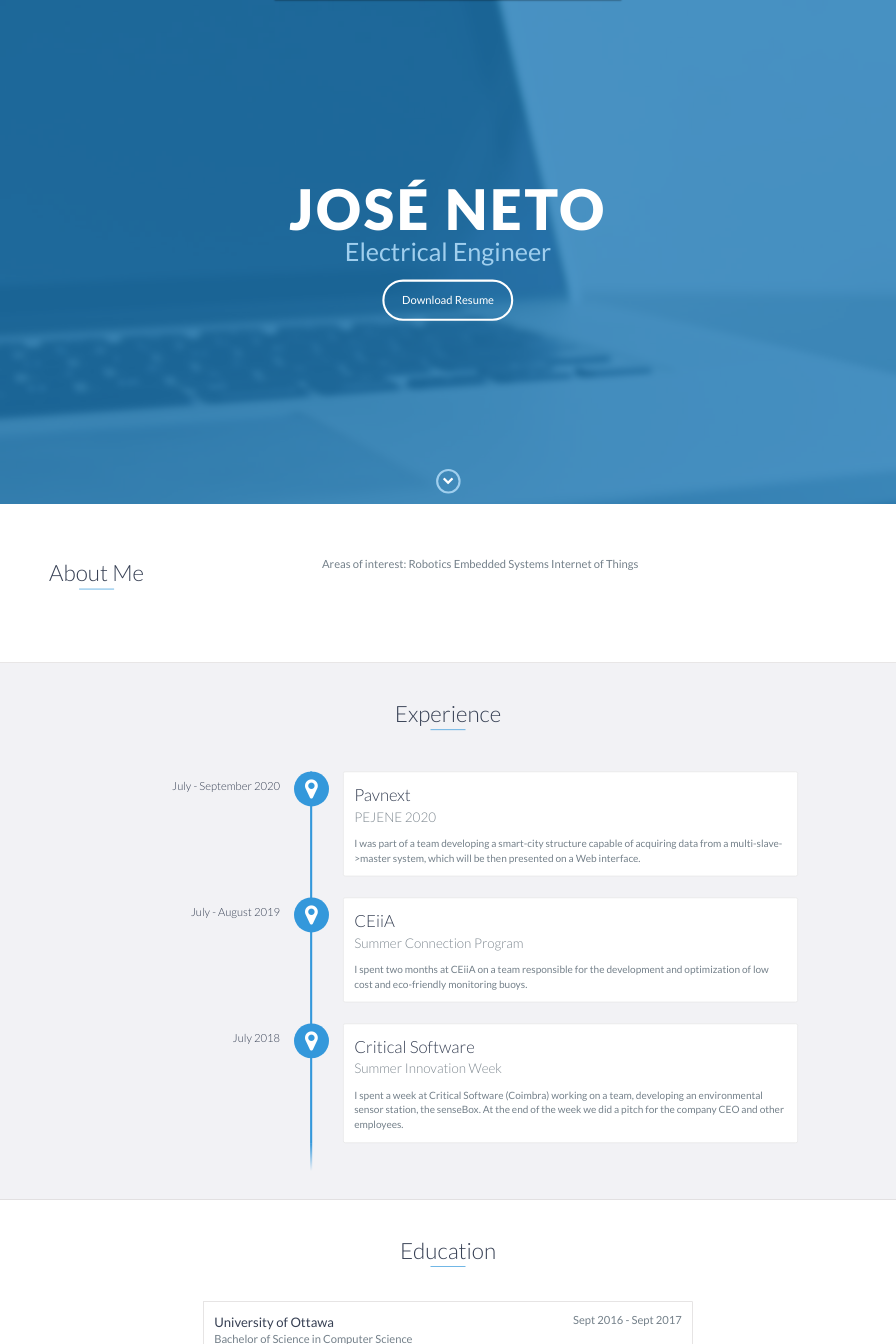
Repository: josegneto/josegneto.github.io
Page: index.html
These files come from the project's save history. The page is drawn as it stood at one moment and after the next save; the edit follows.
The browser window is 1280 px wide. The pictures show the part of the page from y = 0 to 1920 px (the page is 4012 px tall), at 70% of full size.

Above is the page before, as saved 2021-11-30 11:21:19.

### index.html
<!DOCTYPE html>
<html class="no-js" lang="en">

<head>
    <meta charset="utf-8">
    <meta http-equiv="X-UA-Compatible" content="IE=edge">
    <meta name="viewport" content="width=device-width, initial-scale=1">
    <title>My Portfolio</title>
	<link rel="shortcut icon" href="favicon.ico" type="image/x-icon">
	<link rel="icon" href="favicon.ico" type="image/x-icon">
    <link href="https://fonts.googleapis.com/css?family=Lato:300,400,700,900" rel="stylesheet">
    <link rel="stylesheet" href="libs/font-awesome/css/font-awesome.min.css">
    <link href="css/bootstrap.min.css" rel="stylesheet">
    <link href="css/styles.css" rel="stylesheet">
</head>

<body>
    <div id="mobile-menu-open" class="shadow-large">
        <i class="fa fa-bars" aria-hidden="true"></i>
    </div>
    <!-- End #mobile-menu-toggle -->
    <header>
        <div id="mobile-menu-close">
            <span>Close</span> <i class="fa fa-times" aria-hidden="true"></i>
        </div>
        <ul id="menu" class="shadow">
            <li>
                <a href="#about">About</a>
            </li>
            <li>
                <a href="#experience">Experience</a>
            </li>
            <li>
                <a href="#education">Education</a>
            </li>
            <li>
                <a href="#projects">Projects</a>
            </li>
            <li>
                <a href="#skills">Skills</a>
            </li>
            <li>
                <a href="#contact">Contact</a>
            </li>
        </ul>
    </header>
    <!-- End header -->

    <div id="lead">
        <div id="lead-content">
            <h1>José Neto</h1>
            <h2>Electrical Engineer</h2>
            <a href="extra/CV_JoseNeto.pdf" class="btn-rounded-white" target="_blank">Download Resume</a>
        </div>
        <!-- End #lead-content -->

        <div id="lead-overlay"></div>

        <div id="lead-down">
            <span>
                <i class="fa fa-chevron-down" aria-hidden="true"></i>
            </span>
        </div>
        <!-- End #lead-down -->
    </div>
    <!-- End #lead -->

    <div id="about">
        <div class="container">
            <div class="row">
                <div class="col-md-4">
                    <h2 class="heading">About Me</h2>
                </div>
                <div class="col-md-8">
                    <p>
                    Areas of interest:
                    Robotics
                    Embedded Systems
                    Internet of Things
                    </p>
                </div>
            </div>
        </div>
    </div>
    <!-- End #about -->

    <div id="experience" class="background-alt">
        <h2 class="heading">Experience</h2>
        <div id="experience-timeline">
            <div data-date="July - September 2020">
                <h3>Pavnext</h3>
                <h4>PEJENE 2020</h4>
                <p>
                    I was part of a team developing a smart-city structure capable of acquiring data from a multi-slave->master system, which will be then presented on a Web interface.                </p>
            </div>

            <div data-date="July - August 2019">
                <h3>CEiiA</h3>
                <h4>Summer Connection Program</h4>
                <p>
                    I spent two months at CEiiA on a team responsible for the development and optimization of low cost and eco-friendly monitoring buoys.                </p>
            </div>

            <div data-date="July 2018">
                <h3>Critical Software</h3>
                <h4>Summer Innovation Week</h4>
                <p>
                    I spent a week at Critical Software (Coimbra) working on a team, developing an environmental sensor station, the senseBox. At the end of the week we did a pitch for the company CEO and other employees.                </p>
            </div>
        </div>
    </div>
    <!-- End #experience -->

    <div id="education">
        <h2 class="heading">Education</h2>
        <div class="education-block">
            <h3>University of Ottawa</h3>
            <span class="education-date">Sept 2016 - Sept 2017</span>
            <h4>Bachelor of Science in Computer Science</h4>
            <p>
                Lorem ipsum dolor sit amet, consectetur adipiscing elit. Curabitur in iaculis ex. Etiam volutpat laoreet urna. Morbi ut tortor nec nulla commodo malesuada sit amet vel lacus. Fusce eget efficitur libero. Morbi dapibus porta quam laoreet placerat.
            </p>
        </div>
        <!-- End .education-block -->

        <div class="education-block">
            <h3>University of Ottawa</h3>
            <span class="education-date">Sept 2016 - Sept 2017</span>
            <h4>Bachelor of Science in Computer Science</h4>
            <ul>
                <li>
                    Lorem ipsum dolor sit amet, consectetur adipiscing elit.
                </li>
                <li>
                    Lorem ipsum dolor sit amet, consectetur adipiscing elit.
                </li>
                <li>
                    Lorem ipsum dolor sit amet, consectetur adipiscing elit.
                </li>
            </ul>
        </div>
        <!-- End .education-block -->
    </div>
    <!-- End #education -->

    <div id="projects" class="background-alt">
        <h2 class="heading">Projects</h2>
        <div class="container">
            <div class="row">
                <div class="project shadow-large">
                    <div class="project-image">
                        <img src="images/project.jpg" />
                    </div>
                    <!-- End .project-image -->
                    <div class="project-info">
                        <h3>Project Name Here</h3>
                        <p>
                            Lorem ipsum dolor sit amet, consectetur adipiscing elit. Curabitur in iaculis ex. Etiam volutpat laoreet urna. Morbi ut tortor nec nulla commodo malesuada sit amet vel lacus. Fusce eget efficitur libero. Morbi dapibus porta quam laoreet placerat.
                        </p>
                        <a href="#">View Project</a>
                    </div>
                    <!-- End .project-info -->
                </div>
                <!-- End .project -->

                <div class="project shadow-large">
                    <div class="project-image">
                        <img src="images/project.jpg" />
                    </div>
                    <!-- End .project-image -->
                    <div class="project-info">
                        <h3>Project Name Here</h3>
                        <p>
                            Lorem ipsum dolor sit amet, consectetur adipiscing elit. Curabitur in iaculis ex. Etiam volutpat laoreet urna. Morbi ut tortor nec nulla commodo malesuada sit amet vel lacus. Fusce eget efficitur libero. Morbi dapibus porta quam laoreet placerat.
                        </p>
                        <a href="#">View Project</a>
                    </div>
                    <!-- End .project-info -->
                </div>
                <!-- End .project -->
            </div>
        </div>
    </div>
    <!-- End #projects -->

    <div id="skills">
        <h2 class="heading">Skills</h2>
        <ul>
            <li>JavaScript</li>
            <li>Python</li>
            <li>Ruby</li>
            <li>Go</li>
            <li>Node.js</li>
            <li>AngularJs</li>
            <li>React</li>
            <li>Elixir</li>
            <li>Java</li>
            <li>C</li>
            <li>C#</li>
            <li>C++</li>
            <li>Ruby on Rails</li>
            <li>JavaScript</li>
            <li>Python</li>
            <li>Ruby</li>
            <li>Go</li>
            <li>Node.js</li>
            <li>AngularJs</li>
            <li>React</li>
            <li>Elixir</li>
            <li>Java</li>
            <li>C</li>
            <li>C#</li>
            <li>C++</li>
            <li>Ruby on Rails</li>
        </ul>
    </div>
    <!-- End #skills -->

    <div id="contact">
        <h2>Get in Touch</h2>
        <div id="contact-form">
            <form method="POST" action="https://formspree.io/email@email.com">
                <input type="hidden" name="_subject" value="Contact request from personal website" />
                <input type="email" name="_replyto" placeholder="Your email" required>
                <textarea name="message" placeholder="Your message" required></textarea>
                <button type="submit">Send</button>
            </form>
        </div>
        <!-- End #contact-form -->
    </div>
    <!-- End #contact -->

    <footer>
        <div class="container">
            <div class="row">
                <div class="col-sm-5 copyright">
                    <p>
                        Copyright &copy; 2020 YOUR NAME
                    </p>
                </div>
                <div class="col-sm-2 top">
                    <span id="to-top">
                        <i class="fa fa-chevron-up" aria-hidden="true"></i>
                    </span>
                </div>
                <div class="col-sm-5 social">
                    <ul>
                        <li>
                            <a href="https://github.com/" target="_blank"><i class="fa fa-github" aria-hidden="true"></i></a>
                        </li>
                        <li>
                            <a href="https://stackoverflow.com/" target="_blank"><i class="fa fa-stack-overflow" aria-hidden="true"></i></a>
                        </li>
                        <li>
                            <a href="https://linkedin.com/" target="_blank"><i class="fa fa-linkedin" aria-hidden="true"></i></a>
                        </li>
                        <li>
                            <a href="https://www.facebook.com/" target="_blank"><i class="fa fa-facebook" aria-hidden="true"></i></a>
                        </li>
                        <li>
                            <a href="https://twitter.com/" target="_blank"><i class="fa fa-twitter" aria-hidden="true"></i></a>
                        </li>
                        <li>
                            <a href="https://plus.google.com/" target="_blank"><i class="fa fa-google-plus" aria-hidden="true"></i></a>
                        </li>
                    </ul>
                </div>
            </div>
        </div>
    </footer>
    <!-- End footer -->

    <script src="https://ajax.googleapis.com/ajax/libs/jquery/1.12.4/jquery.min.js"></script>
    <script src="js/scripts.min.js"></script>
</body>

</html>

### css/styles.css
/*!
Title: Dev Portfolio Template
Version: 1.2.2
Last Change: 03/25/2020
Author: Ryan Fitzgerald
Repo: https://github.com/RyanFitzgerald/devportfolio-template
Issues: https://github.com/RyanFitzgerald/devportfolio-template/issues

Description: This file contains all the styles associated with the page
that don't come from third party libraries. This file gets compiled using
Gulp and send to the /css folder which is then loaded on the page.
*/
body {
	font-family: 'Lato', sans-serif;
	font-size: 16px
}

body.active {
	overflow: hidden;
	z-index: -1
}

.no-js #experience-timeline>div {
	background: #fff;
	padding: 10px;
	margin-bottom: 10px;
	border: 1px solid #dcd9d9
}

.no-js #experience-timeline>div h3 {
	font-size: 1.5em;
	font-weight: 300;
	color: #374054;
	display: inline-block;
	margin: 0
}

.no-js #experience-timeline>div h4 {
	font-size: 1.2em;
	font-weight: 300;
	color: #7e8890;
	margin: 0 0 15px 0
}

.no-js #experience-timeline>div p {
	color: #74808a;
	font-size: 0.9em;
	margin: 0
}

.no-js #experience-timeline:before,
.no-js #experience-timeline:after {
	content: none
}

@keyframes dropHeader {
	0% {
		transform: translateY(-100%)
	}
	100% {
		transform: translateY(0)
	}
}

header {
	position: absolute;
	top: 0;
	left: 0;
	right: 0;
	text-align: center;
	z-index: 10;
	animation-name: dropHeader;
	animation-iteration-count: 1;
	animation-timing-function: ease;
	animation-duration: 0.75s
}

header ul {
	display: inline-block;
	background: #fff;
	text-align: center;
	padding: 10px;
	margin: 0;
	border-bottom-right-radius: 4px;
	border-bottom-left-radius: 4px
}

header li {
	display: inline-block
}

header a {
	display: block;
	color: #3498db;
	padding: 10px
}

header a:hover {
	color: #217dbb;
	text-decoration: none;
	background: #eee;
	border-radius: 4px
}

header a:focus {
	color: #3498db;
	text-decoration: none
}

header.active {
	display: block
}

header.sticky {
	position: fixed;
	z-index: 999
}

#menu.active {
	display: block
}

#mobile-menu-open {
	display: none;
	cursor: pointer;
	position: fixed;
	right: 15px;
	top: 10px;
	color: #3498db;
	font-size: 1.5em;
	z-index: 20;
	padding: 0 7px;
	border-radius: 4px;
	background: #fff
}

#mobile-menu-close {
	display: none;
	text-align: right;
	width: 100%;
	background: #fff;
	font-size: 1.5em;
	padding-right: 15px;
	padding-top: 10px;
	cursor: pointer;
	color: #3498db
}

#mobile-menu-close span {
	font-size: 0.5em;
	text-transform: uppercase
}

#mobile-menu-close i {
	vertical-align: middle
}

footer {
	padding: 50px 0
}

.copyright {
	padding-top: 20px
}

.copyright p {
	margin: 0;
	color: #74808a
}

.top {
	text-align: center
}

.top span {
	cursor: pointer;
	display: block;
	margin: 15px auto 0 auto;
	width: 35px;
	height: 35px;
	border-radius: 50%;
	border: 3px solid #b9bfc4;
	text-align: center
}

.top i {
	color: #74808a
}

.social {
	text-align: right
}

.social ul {
	margin: 5px 0 0 0;
	padding: 0
}

.social li {
	display: inline-block;
	font-size: 1.25em;
	list-style: none
}

.social a {
	display: block;
	color: #74808a;
	padding: 10px
}

.social a:hover {
	color: #3498db
}

.btn-rounded-white {
	display: inline-block;
	color: #fff;
	padding: 15px 25px;
	border: 3px solid #fff;
	border-radius: 30px;
	transition: .5s ease all
}

.btn-rounded-white:hover {
	color: #3498db;
	background: #fff;
	text-decoration: none
}

.shadow {
	box-shadow: 0 1px 3px rgba(0, 0, 0, 0.12), 0 1px 2px rgba(0, 0, 0, 0.24)
}

.shadow-large {
	box-shadow: 0 3px 6px rgba(0, 0, 0, 0.08), 0 3px 6px rgba(0, 0, 0, 0.15)
}

.heading {
	position: relative;
	display: inline-block;
	font-size: 2em;
	font-weight: 300;
	margin: 0 0 30px 0
}

.heading:after {
	position: absolute;
	content: '';
	top: 100%;
	height: 1px;
	width: 50px;
	left: 0;
	right: 0;
	margin: 0 auto;
	background: #3498db
}

.background-alt {
	background: #f2f2f5
}

#lead {
	position: relative;
	height: 100vh;
	min-height: 500px;
	max-height: 1080px;
	background: url(../images/lead-bg.jpg);
	background-size: cover;
	padding: 15px;
	overflow: hidden
}

#lead-content {
	position: absolute;
	z-index: 10;
	top: 50%;
	left: 50%;
	transform: translate(-50%, -50%);
	text-align: center
}

#lead-content h1,
#lead-content h2 {
	margin: 0
}

#lead-content h1 {
	color: #fff;
	font-weight: 900;
	font-size: 5em;
	text-transform: uppercase;
	letter-spacing: 0.05em;
	line-height: 0.9em
}

#lead-content h2 {
	color: #a0cfee;
	font-weight: 500;
	font-size: 2.25em;
	margin-bottom: 15px
}

#lead-overlay {
	position: absolute;
	height: 100%;
	width: 100%;
	top: 0;
	right: 0;
	bottom: 0;
	left: 0;
	background: rgba(33, 125, 187, 0.8);
	z-index: 1
}

#lead-down {
	position: absolute;
	left: 0;
	right: 0;
	width: 100%;
	text-align: center;
	z-index: 10;
	bottom: 15px;
	color: #fff
}

#lead-down span {
	cursor: pointer;
	display: block;
	margin: 0 auto;
	width: 35px;
	height: 35px;
	border-radius: 50%;
	border: 3px solid #a0cfee;
	text-align: center
}

#lead-down i {
	animation: pulsate 1.5s ease;
	animation-iteration-count: infinite;
	padding-top: 5px
}

@keyframes pulsate {
	0% {
		transform: scale(1, 1)
	}
	50% {
		transform: scale(1.2, 1.2)
	}
	100% {
		transform: scale(1, 1)
	}
}

#about {
	padding: 75px 15px;
	border-bottom: 1px solid #dcd9d9
}

#about h2 {
	color: #374054
}

#about p {
	color: #74808a;
	margin: 0
}

#experience {
	padding: 50px 15px;
	text-align: center;
	border-bottom: 1px solid #dcd9d9
}

#experience h2 {
	color: #374054
}

#experience-timeline {
	margin: 30px auto 0 auto;
	position: relative;
	max-width: 1000px
}

#experience-timeline:before {
	position: absolute;
	content: '';
	top: 0;
	bottom: 0;
	left: 303px;
	right: auto;
	height: 100%;
	width: 3px;
	background: #3498db;
	z-index: 0
}

#experience-timeline:after {
	position: absolute;
	content: '';
	width: 3px;
	height: 40px;
	background: #3498db;
	background: linear-gradient(to bottom, #3498db, rgba(52, 152, 219, 0));
	top: 100%;
	left: 303px
}

.vtimeline-content {
	margin-left: 350px;
	background: #fff;
	border: 1px solid #e6e6e6;
	padding: 15px;
	border-radius: 3px;
	text-align: left
}

.vtimeline-content h3 {
	font-size: 1.5em;
	font-weight: 300;
	color: #374054;
	display: inline-block;
	margin: 0
}

.vtimeline-content h4 {
	font-size: 1.2em;
	font-weight: 300;
	color: #7e8890;
	margin: 0 0 15px 0
}

.vtimeline-content p {
	color: #74808a;
	font-size: 0.9em;
	margin: 0
}

.vtimeline-point {
	position: relative;
	display: block;
	vertical-align: top;
	margin-bottom: 30px
}

.vtimeline-icon {
	position: relative;
	color: #fff;
	width: 50px;
	height: 50px;
	background: #3498db;
	border-radius: 50%;
	float: left;
	z-index: 99;
	margin-left: 280px
}

.vtimeline-icon i {
	display: block;
	font-size: 2em;
	margin-top: 10px
}

.vtimeline-date {
	width: 260px;
	text-align: right;
	position: absolute;
	left: 0;
	top: 10px;
	font-weight: 300;
	color: #374054
}

#education {
	padding: 50px 15px 20px 15px;
	border-bottom: 1px solid #dcd9d9;
	text-align: center
}

#education h2 {
	color: #374054;
	margin-bottom: 50px
}

.education-block {
	max-width: 700px;
	margin: 0 auto 30px auto;
	padding: 15px;
	border: 1px solid #dcd9d9;
	text-align: left
}

.education-block h3 {
	font-weight: 500;
	float: left;
	margin: 0;
	color: #374054
}

.education-block span {
	color: #74808a;
	float: right
}

.education-block h4 {
	color: #74808a;
	clear: both;
	font-weight: 500;
	margin: 0 0 15px 0
}

.education-block p,
.education-block ul {
	margin: 0;
	color: #74808a;
	font-size: 0.9em
}

.education-block ul {
	padding: 0 0 0 15px
}

#projects {
	padding: 50px 15px;
	border-bottom: 1px solid #dcd9d9;
	text-align: center
}

#projects h2 {
	color: #374054;
	margin-bottom: 50px
}

.project {
	position: relative;
	max-width: 900px;
	margin: 0 auto 30px auto;
	overflow: hidden;
	background: #fff;
	border-radius: 4px
}

.project-image {
	float: left
}

.project-info {
	position: absolute;
	top: 50%;
	transform: translateY(-50%);
	margin-left: 300px;
	padding: 15px
}

.project-info h3 {
	font-size: 1.5em;
	font-weight: 300;
	color: #374054;
	margin: 0 0 15px 0
}

.project-info p {
	color: #74808a;
	margin: 0 0 15px 0;
	font-size: 0.9em
}

.no-image .project-info {
	position: relative;
	margin: 0;
	padding: 30px 15px;
	transform: none
}

#more-projects {
	display: none
}

#skills {
	padding: 50px 15px;
	text-align: center
}

#skills h2 {
	color: #374054;
	margin-bottom: 50px
}

#skills ul {
	display: block;
	margin: 0 auto;
	padding: 0;
	max-width: 800px
}

#skills li {
	display: inline-block;
	margin: 7px;
	padding: 5px 10px;
	color: #374054;
	background: #e4e4ea;
	list-style: none;
	cursor: default;
	font-size: 1.2em
}

#contact {
	padding: 50px 15px;
	background: #3498db;
	text-align: center
}

#contact h2 {
	margin: 0 0 15px 0;
	color: #fff;
	font-weight: 500
}

#contact-form {
	max-width: 500px;
	margin: 0 auto
}

#contact-form input,
#contact-form textarea {
	display: block;
	width: 100%;
	padding: 10px;
	border-radius: 4px;
	border: none;
	margin-bottom: 10px;
	background: #1d6fa5;
	color: #fff;
	transition: .5s ease all
}

#contact-form input::-webkit-input-placeholder,
#contact-form textarea::-webkit-input-placeholder {
	color: #fff
}

#contact-form input:-moz-placeholder,
#contact-form textarea:-moz-placeholder {
	color: #fff;
	opacity: 1
}

#contact-form input::-moz-placeholder,
#contact-form textarea::-moz-placeholder {
	color: #fff;
	opacity: 1
}

#contact-form input:-ms-input-placeholder,
#contact-form textarea:-ms-input-placeholder {
	color: #fff
}

#contact-form input:focus,
#contact-form textarea:focus {
	outline: none;
	background: #16527a
}

#contact-form textarea {
	height: 150px;
	resize: none
}

#contact-form button {
	display: block;
	width: 100%;
	background: #fff;
	border-radius: 4px;
	padding: 5px 10px;
	border: none;
	color: #3498db;
	font-weight: 700;
	box-shadow: 0 1px 3px rgba(0, 0, 0, 0.12), 0 1px 2px rgba(0, 0, 0, 0.24);
	transition: .5s ease all
}

#contact-form button:hover {
	box-shadow: 0 10px 20px rgba(0, 0, 0, 0.19), 0 6px 6px rgba(0, 0, 0, 0.23)
}

.optional-section {
	padding: 50px 15px;
	text-align: center;
	border-top: 1px solid #dcd9d9
}

.optional-section h2 {
	color: #374054
}

.optional-section-block {
	max-width: 700px;
	margin: 0 auto 30px auto;
	padding: 15px;
	border: 1px solid #dcd9d9;
	background: #fff;
	text-align: left
}

.optional-section-block h3 {
	font-weight: 500;
	margin: 0 0 15px 0;
	color: #374054
}

.optional-section-block h4 {
	color: #74808a;
	clear: both;
	font-weight: 500;
	margin: 0 0 15px 0
}

.optional-section-block p,
.optional-section-block ul {
	margin: 0 0 15px 0;
	color: #74808a;
	font-size: 0.9em
}

.optional-section-block ul {
	padding: 0 0 0 15px
}

@media only screen and (max-width: 750px) {
	#experience-timeline:before,
	#experience-timeline:after {
		left: 23px
	}
	.vtimeline-date {
		width: auto;
		text-align: left;
		position: relative;
		margin-bottom: 15px;
		display: block;
		margin-left: 70px
	}
	.vtimeline-icon {
		margin-left: 0
	}
	.vtimeline-content {
		margin-left: 70px
	}
}

@media only screen and (max-width: 992px) {
	#lead {
		height: auto;
		min-height: auto;
		max-height: auto;
		padding: 100px 15px
	}
	#lead-content {
		position: relative;
		transform: none;
		left: auto;
		top: auto
	}
	#lead-content h1 {
		font-size: 3em
	}
	#lead-content h2 {
		font-size: 1.75em
	}
	#about {
		text-align: center
	}
	#about p {
		text-align: left
	}
}

@media only screen and (max-width: 768px) {
	header {
		position: fixed;
		display: none;
		z-index: 999;
		animation: none;
		bottom: 0;
		height: 100%
	}
	#mobile-menu-open,
	#mobile-menu-close {
		display: block
	}
	#menu {
		height: 100%;
		overflow-y: auto;
		box-shadow: none;
		border-radius: 0;
		width: 100%
	}
	#menu li {
		display: block;
		margin-bottom: 10px
	}
	#lead-content h1 {
		font-size: 2em
	}
	#lead-content h2 {
		font-size: 1.3em
	}
	#lead-content a {
		padding: 10px 20px
	}
	#lead-down {
		display: none
	}
	.education-block h3,
	.education-block span {
		float: none
	}
	.project-image {
		display: none
	}
	.project-info {
		position: relative;
		margin: 0;
		padding: 30px 15px;
		top: auto;
		transform: none
	}
	footer {
		text-align: center
	}
	.social {
		text-align: center
	}
}

@media only screen and (max-width: 480px) {
	#lead-content h1 {
		font-size: 1.5em
	}
	#lead-content h2 {
		font-size: 1em
	}
	#lead-content a {
		font-size: 0.9em;
		padding: 5px 10px
	}
}

Loaded but not shown: libs/font-awesome/css/font-awesome.min.css (library); css/bootstrap.min.css (library); js/scripts.min.js (common file)

After the next save:
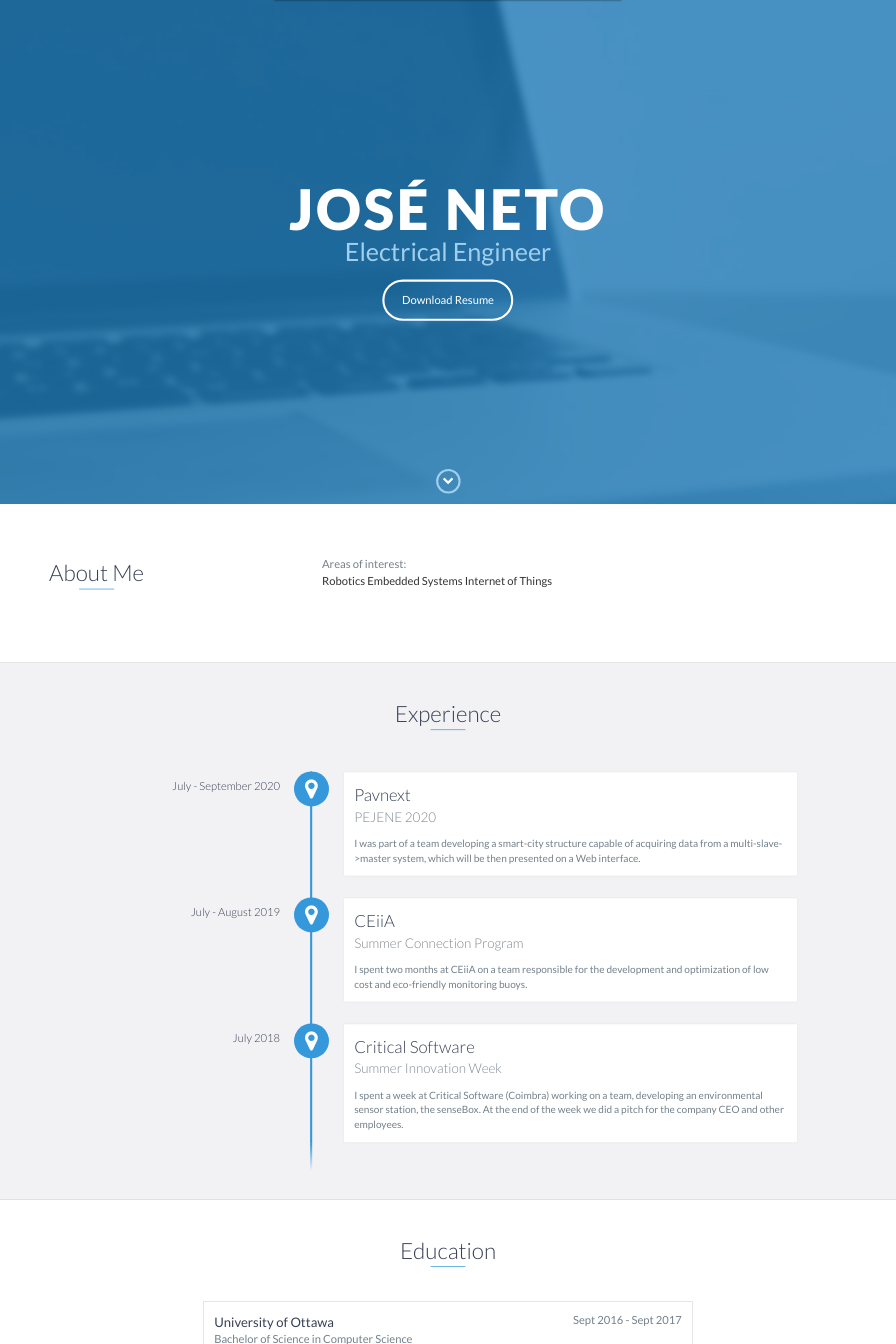
Saved 15 s later.
--- a/index.html
+++ b/index.html
@@ -73,7 +73,7 @@
                 </div>
                 <div class="col-md-8">
                     <p>
-                    Areas of interest:
+                    Areas of interest:</p>
                     Robotics
                     Embedded Systems
                     Internet of Things
